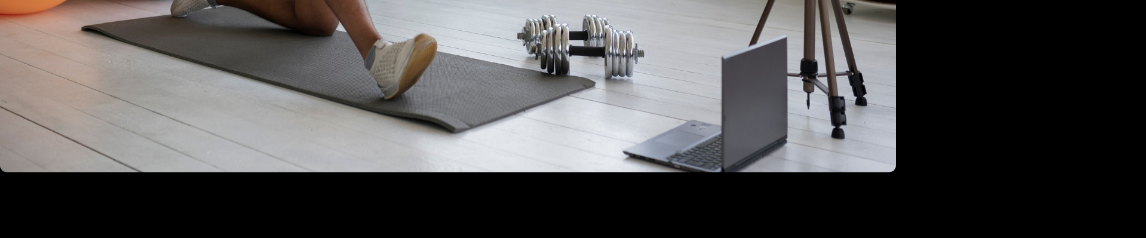
Repository: Aminul-Islam85/Assignment-2
Page: index.html
The author's editor kept a copy of each file at every save. The page is drawn from the files as they stood at one save, then again after the next save.
The browser window is 1280 px wide. The page is 1637 px wide, so the pictures cover 1637 px, including what lies to the right of the window. The pictures show the part of the page from y = 2706 to 4226 px (the page is 3046 px tall before and 4396 px after), at 70% of full size.

Above is the page before, as saved 2024-10-23 16:16:49.

### index.html
<!DOCTYPE html>
<html lang="en">
<head>
    <meta charset="UTF-8">
    <meta name="viewport" content="width=device-width, initial-scale=1.0">
    <title>Fitness Website</title>
    <link rel="stylesheet" href="styles.css">
</head>
<body>

    <nav class="navbar">
        <h1 class="heading-text"></a>Fitness</h1>
        <ul class="nav-links">
            <li><a href="#"></a>Home</li>
            <li><a href="#"></a>Service</li>
            <li><a href="#"></a>Contact</li>
            <li><a href="#"></a>About</li>
        </ul>
        <div class="hamburger">
            <span></span>
            <span></span>
            <span></span>
        </div>
    </nav>

    <section class="hero">
        <div class="hero-content">
            <h1>Get Body in <span class="highlighted">shape</span> & stay healthy</h1>
            <p>A huge selection of health and fitness content, healthy recipes and transformation stories to help you get fit and stay fit!</p>
            <div class="hero-buttons">
                <button class="cta-btn join-btn"> Join Club Now</button>
                <button cta-btn download-btn>Download App</button>
            </div>
        </div>
        <div class="hero-image">
            <img src="images/image 5.png" alt="Trainer">
        </div>

        <div class="info-card workout-card">500+<br>Free Workout Videos</div>
        <div class="info-card tutorial-card">350+<br>Video Tutorials</div>
    </section>

    <section class="habits">
        <h1>Change Your Habits</h1>
        <p>We believe fitness should be accessible to everyone, everywhere, regardless of income or access to a gym.</p>
        <div class="habits-gallery">
            <div class="habit-item">
                <img src="images/image 3.png" alt="Movement">
                <h3>Movement</h3>
                <p>We believe fitness should be accessible to everyone</p>
            </div>
            <div class="habit-item">
                <img src="images/image 2.png" alt="Time">
                <h3>Movement</h3>
                <p>We believe fitness should be accessible to everyone</p>
            </div>
            <div class="habit-item">
                <img src="images/image 4.png" alt="Practice">
                <h3>Movement</h3>
                <p>We believe fitness should be accessible to everyone</p>
            </div>
            <div class="habit-item">
                <img src="images/image 5.png" alt="Wait Loss">
                <h3>Movement</h3>
                <p>We believe fitness should be accessible to everyone</p>
            </div>
        </div>

    </section>

    <section class="extra-mile">
        <div class="extra-mile-content">
            <h2>Run an Extra Mile Easily</h2>
            <p>We believe fitness should be accessible to everyone, everywhere, regardless of income or access to a gym. With hundreds of professional workouts.</p>
            <button class="cta-btn extra-mile-btn">Join NOW</button>
        </div>
        <div class="extra-mile-image">
            <img src="images/run.jpg" alt="Run Image">
        </div>
    </section>

    <section trainings-exercises>
        <h2>Trainings and Exercises</h2>
        <p>We believe fitness should be accessible to everyone, everywhere, regardless of income or access to a gym.</p>
        <div>
            <div class="exercise-item">
                <img src="images/exercise1.jpg" alt="Exercise-1">
                <div></div>
                <p></p>
            </div>
            <div class="exercise-item">
                <img src="" alt="">
                <div></div>
                <p></p>
            </div>
            <div class="exercise-item">
                <img src="" alt="">
                <div></div>
                <p></p>
            </div>
            <div class="exercise-item">
                <img src="" alt="">
                <div></div>
                <p></p>
            </div>
            <div class="exercise-item">
                <img src="" alt="">
                <div></div>
                <p></p>
            </div>
            <div class="exercise-item">
                <img src="" alt="">
                <div></div>
                <p></p>
            </div>

        </div>
    </section>


</body>
</html>

### styles.css
/*Global Styles*/
* {
    margin: 0;
    padding: 0;
    box-sizing: border-box;
}

body {
    font-family: 'Arial', sans-serif;
    background-color: black;
    color: #fff;
}

/*Navbar*/
.navbar {
    display: flex;
    justify-content: space-between;
    align-items: center;
    padding: 1 rem 2 rem;
    background-color: transparent;
}

.heading-text {
    font-size: 1.5rem;
    color: #ff5e00;
}

/*nav-link hidden in moble*/
.nav-links {
    list-style: none;
    display: flex;
    gap: 2rem;
}

.nav-links a {
    color: #fff;
    text-decoration: none;
    font-size: 1rem;
}

/*Hamburger menu hidden in desktop*/
.hamburger {
    display: none;
    flex-direction: column;
    cursor: pointer;
}

.hamburger span {
    width: 25px;
    height: 3px;
    background-color: #fff;
    margin: 4px;
    transition: 0.3s;
}

/*responsiveness*/

@media (max-width: 768) {
    .nav-links {
        display: none;
    }
    .hamburger {
        display: flex;
    }
    /*hamburger clicked show nav-links*/
    .navbar.active .nav-links {
        display: flex;
        flex-direction: column;
        position: absolute;
        top: 60px;
        right: 0;
        background-color: #12121212;
        width: 100%;
        height: auto;
        text-align: center;
        padding: 1rem;
    }
    .nav-links li {
        margin: 1rem 0;
    }
}

/* Hero section*/
.hero {
    display: flex;
    justify-content: space-between;
    align-items: center;
    padding: 4rem 2rem;
    background-color: #121212;
    position: relative;
}
.hero-content {
    max-width: 50%;
}

.hero h1 {
    font-size: 3rem;
    line-height: 1.2;
    margin-bottom: 1rem;
}

.hero.highlighted {
    font-style: italic;
    font-weight: 700;
    color: #ff5e00;
}

hero p {
    font-size: 1.2rem;
    margin-bottom: 2rem;
}

.hero-buttons {
    display: flex;
    gap: irem;
}

.cta-btn {
    padding: 1rem 2rem;
    font-size: 1rem;
    border: none;
    border-radius: 5px;
    cursor: pointer;
}

.join.btn {
    background-color: #ff5e00;
    color: #fff;
}

.download-btn {
    background-color: transparent;
    border: 2px solid #fff;
    color: #fff;
}

.hero-image img {
    max-width: 100%;
    height: auto;
}

/*Info Cards*/
.info-card {
    position: absolute;
    background-color: #2e2e2e;
    color: white;
    border-radius: 8px;
    padding: 1re 1.5rem;
    font-size: 1.2rem;
    font-weight: bold;
    text-align: center;
}

.workout-card {
    top: 30%;
    right: 10%;
}

.tutorial-card {
    top: 60%;
    left: 55%;
}

/*Hero reponsive for mobile*/
@media (max-width: 768px) {
.hero {
    flex-direction: column;
    text-align: center;
}
.hero-content {
    max-width: 100%;
    margin-bottom: 2rem;
}
.hero-image img {
    max-width: 100%;
    height: auto;
}
.info-card {
    font-size: 1rem;
    padding: 0.75rem 1 rem;
    position: relative;
    margin: 1rem auto;
    width: auto;
}
.workout-card, .tutorial-card {
    top: auto;
    left: auto;
    right: auto;
    transform: none;
    margin-bottom: 1rem;
 }
}

/*Hero Buttons on mobile*/
@media (max-width:480px) {
    .hero-buttons {
        flex-direction: column;
        gap: 1rem;
    }
    .cta-btn {
        width: 100%;
    }
}

/*Change habit section*/
.habits {
    padding: 4rem 2rem;
    text-align: center;
    background-color: #121212;
}

.habits h2 {
    font-size: 2.5rem;
    margin-bottom: 1rem;
}

.habits p {
    font-size: 1.2rem;
    margin-bottom: 2rem;
}

.habits-gallery {
    display: flex;
    justify-content: space-around;
    align-items: center;
    flex-wrap: wrap;
    gap: 2rem;
}

.habit-item {
    text-align: center;
    max-width: 200px;
}

.habit-item img {
    width: 100px;
    height: 100px;
    border-radius: 50%;
    margin-bottom: 1rem;
}

.habit-item h3 {
    font-size: 1.5rem;
    margin-bottom: 0.5rem;
}
.habit-item p {
    font-size: 1rem;
    color: #aaa;
}

/*Extra mile section*/
.extra-mile {
    display: flex;
    justify-content: space-between;
    align-items: center;
    background-color: #2e2e2e;
    padding: 4rem 2rem;
    border-radius: 20px;
    margin: 4rem 0;
}

.extra-mile-content {
    max-width: 50%;
}
extra-mile h2 {
    font-size: 2.5rem;
    margin-bottom: 1rem;
}
.extra-mile p {
    font-size: 1.2rem;
    margin-bottom: 2rem;
}
.extra-mile btn {
    background-color: #ff5e00;
    color: white;
    border: none;
    padding: 1rem 2rem;
    border-radius: 5px;
    cursor: pointer;
}
.extra-mile image img {
    border-radius: 10px;
    max-width: 100%;
}
/*Footer*/
footer {
    text-align: center;
    padding: 1rem;
    background-color: #333;
    color: #fff;
    margin-top: 2rem;
}
/*responsive design*/
@media (max-width: 768px) {
    .hero h1 {
        font-size: 2rem;
    }
    .hero p {
        font-size: 1rem;
    }
    .extra-mile {
        flex-direction: column;
        text-align: center;
    }
    .extra-mile-content, .extra-mile-image {
        max-width: 100%;
    }
}

@media (max-width: 480px) {
    hero h1 {
        font-size: 1.5rem;
    }
    .hero p {
        font-size: 0.9rem;
    }
}

/* Trainings and Exercise*/
.trainings-exercises {
    padding: 4rem 2rem;
    text-align: center;
    background-color: #121212;
}

.trainings-exercises h2 {
    font-size: 2.5rem;
    margin-bottom: 1rem;
}
.trainings-exercises p {
    font-size: 1.2rem;
    margin-bottom: 2rem;
    color: #aaa;
}
.exercise-gallery {
    display: grid;
    grid-template-columns: repeat(3, 1fr);
    gap: 1rem;
}
.exercise-item {
    position: relative;
}
.exercise-item img {
    width: 100%;
    height: auto;
    border-radius: 10px;
}
.exercise-overlay {
    position: absolute;
    top: 0;
    left: 0;
    width: 100%;
    height: 100%;
    background-color: rgba(0, 0, 0, 0.5);
    color: white;
    display: flex;
    justify-content: center;
    align-items: center;
    opacity: 0;
    transition: opacity 0.3s ease;
    border-radius: 10px;
}
.exercise-item:hover .exercise-overlay {
    opacity: 1;
}
.exercise-overlay p {
    font-size: 1.2rem;
    text-align: center;
}

/*BMI*/
.bmi-calculator {
    background-color: #121212;
    padding: 4rem 2rem;
}
.bmi-title {
    text-align: center;
    margin-bottom: 2rem;
}
.bmi-title h2 {
    font-size: 2.5rem;
    margin-bottom: 1rem;
    color: #fff;
}
.bmi-title p {
    font-size: 1.2rem;
    color: #aaa;
}

/*calculator*/
.bmi-content {
    display: flex;
    justify-content: space-between;
    align-items: flex-start;
    background-color: #121212;
    padding: 2rem;
    border-radius: 20px;
}
.bmi-chart {
    flex: 1;
    margin-right: 2rem;
}
.bmi-chart h3 {
    color:#fff;
    margin-bottom: 1rem;
}
.bmi-chart table {
    width: 100%;
    border-collapse: collapse;
}
.bmi-chart table th, .bmi-chart table td {
    padding: 1rem;
    text-align: left;
    border: 1px solid #fff;
    color: #fff;
}
.bmi-form {
    flex: 1;
}
bmi-form h3 {
    color: #fff;
    margin-bottom: 1rem;
}
bmi-form p {
    margin-bottom: 2rem;
    color: #aaa;
}
.bmi-form input, .bmi-form select {
    width: 100%;
    padding: 1rem;
    margin-bottom: 1rem;
    border-radius: 5px;
    border: none;
    background-color: #333;
    color: #fff;
}
.bmi-form select {
    cursor: pointer;
}
.bmi-form, .calculate-btn {
    width: 100%;
    padding: 1rem 2rem;
    border-radius: 5px;
    border: none;
    background-color: #ff5e00;
    color: white;
    cursor: pointer;
    text-align: center;
}

/*responsiveness*/
@media (max-width: 768px) {
    .bmi-content {
        flex-direction: column;
    }
    .bmi-chart {
        margin-right: 0;
        margin-bottom: 2rem;
    }
}

/*Meet our team*/
.team-selection {
    background-color: #121212;
    padding: 4rem 2rem;
}
.team-title {
    text-align: center;
    margin-bottom: 2rem;
}
.team-title h2 {
    font-size: 2.5rem;
    margin-bottom: 1rem;
    color: #fff;
}
.team-title p {
    font-size: 1.2rem;
    color: #aaa;
}

/*Team-content*/
.team-content {
    display: grid;
    grid-template-columns: repeat(3,1fr);
    gap: 1.5rem;
    background-color: #2e2e2e;
    padding: 2rem;
    border-radius: 20px;
}
.team-member {
    position: relative;
    border-radius: 10px;
    overflow: hidden;
}
.team-member img {
    width: 100%;
    height: auto;
    border-radius: 10px;
}
.team-overlay {
    position: absolute;
    bottom: 0;
    left: 0;
    width: 100%;
    background-color: rgba(0, 0, 0, 0.5);
    color: white;
    padding: 1rem;
    text-align: center;
    transition: background-color 0.3s ease;
}
.team-member:hover .team-overlay {
    background-color: rgba(0, 0, 0, 0.7);
}
.team-overlay h3 {
    margin: 0;
    font-size: 1.2rem;
}
.team-overlay p {
    margin: 0.5rem 0 0;
    font-size: 0.9rem;
}

/*responsive design*/
@media (max-width: 768px) {
    .team.content {
        grid-template-columns: repeat(2, 1fr);
    }
}

@media (max-width: 480px) {
    .team.content {
        grid-template-columns: 1fr;
    }
}

/*footer section*/
.footer-section {
    background-color: #2e2e2e;
    padding: 4rem 2rem;
    color: #fff;
}
.footer-content {
    display: flex;
    justify-content: space-between;
    align-items: flex-start;
    margin-bottom: 2rem;
}
.footer-logo {
    font-size: 2.5rem;
    color: #ff5e00;
}
.footer-content p {
    max-width: 300px;
    color: #aaa;
}
.footer-links {
    display: flex;
    flex-direction: column;
}
.footer-links h3 {
    margin-bottom: 1rem;
}
.footer-links ul {
    list-style: none;
    padding: 0;
}
.footer-links li {
    margin-bottom: 0.5rem;
}
.footer-links a {
    color: #fff;
    text-decoration: none;
    transition: 0.3s ease;
}
.footer-links a:hover {
    color: #ff5e00;
}
.footer-bottom {
    text-align: center;
    padding-top: 1rem;
    border-top: 1px solid #444;
    color: #aaa;
}

/*rensiveness*/
@media (max-width: 768px) {
    .footer-content {
        flex-direction: column;
        text-align: center;
    }
    .footer-links {
        margin-top: 2rem;
    }
}

After the next save:
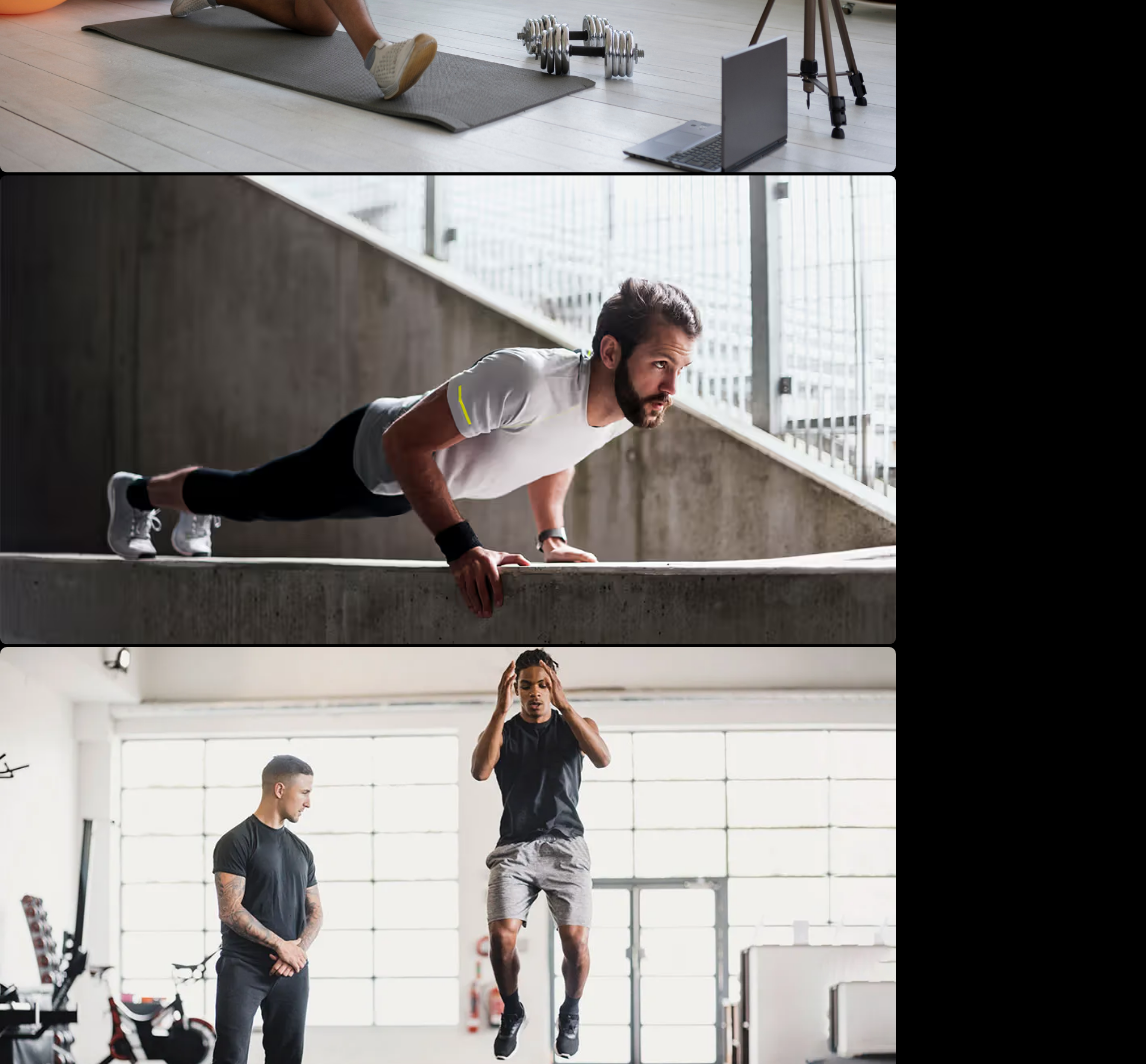
Saved 32 s later.
--- a/index.html
+++ b/index.html
@@ -89,12 +89,12 @@
                 <p></p>
             </div>
             <div class="exercise-item">
-                <img src="" alt="">
+                <img src="images/exercise2.png" alt="Exercise-2">
                 <div></div>
                 <p></p>
             </div>
             <div class="exercise-item">
-                <img src="" alt="">
+                <img src="images/exercise3.png" alt="Exercise-3">
                 <div></div>
                 <p></p>
             </div>
